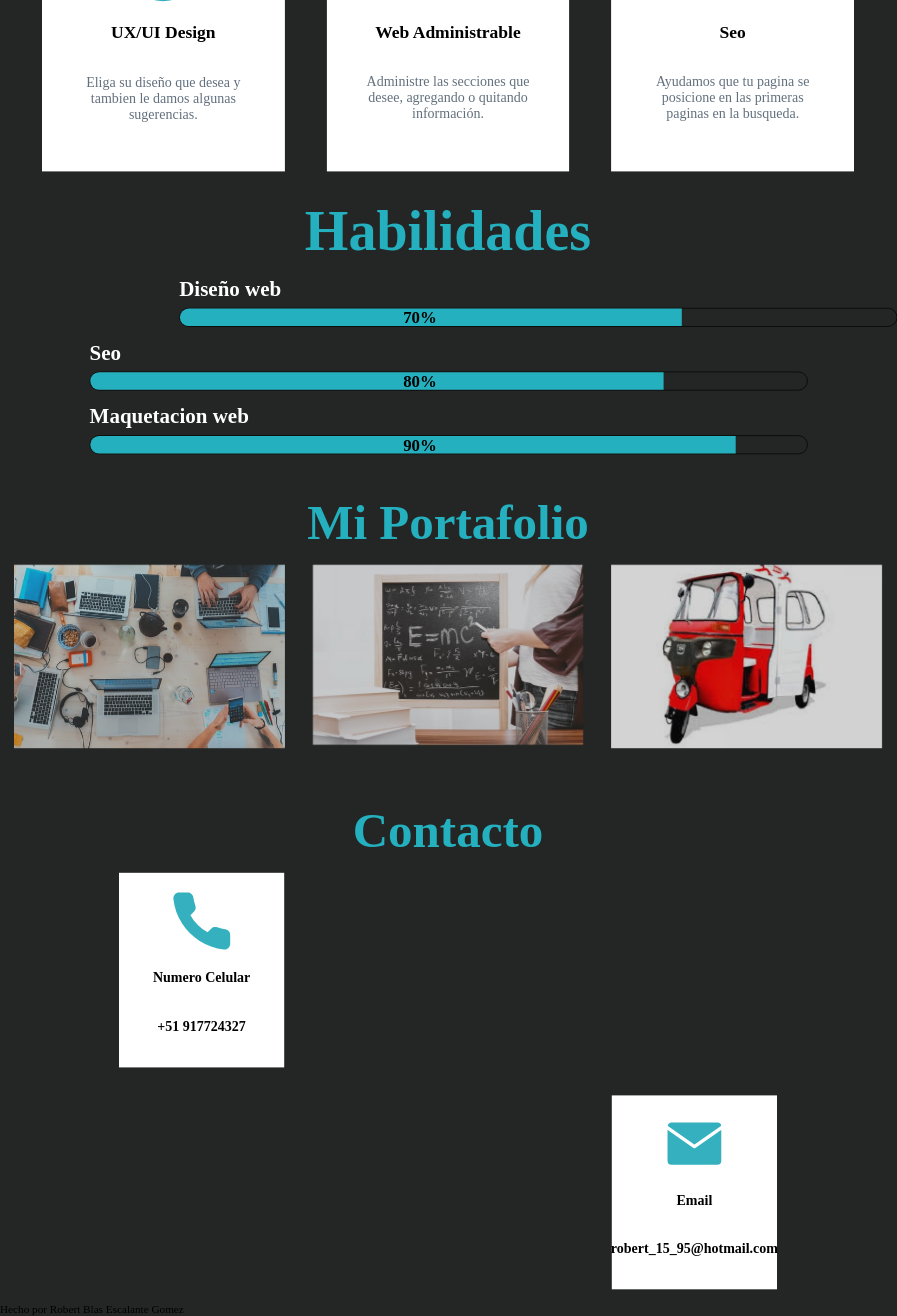
Repository: RobertAries28/PortafolioRobertEscalanteGomez2022
Page: index.html
These files come from the project's save history. The page is drawn as it stood at one moment and after the next save; the edit follows.
The browser window is 1280 px wide. The page is 1282 px wide, so the pictures cover 1282 px, including what lies to the right of the window. The pictures show the part of the page from y = 1477 to 3357 px (the page is 3357 px tall before and 3318 px after), at 70% of full size.

Above is the page before, as saved 2022-02-15 20:24:07.

### index.html
<!DOCTYPE html>
<html lang="en">
<head>
    <meta charset="UTF-8">
    <meta http-equiv="X-UA-Compatible" content="IE=edge">
    <meta name="viewport" content="width=device-width, initial-scale=1.0">
    <link rel="preconnect" href="https://fonts.googleapis.com">
<link rel="preconnect" href="https://fonts.gstatic.com" crossorigin>
<link href="https://fonts.googleapis.com/css2?family=Montserrat:wght@100&display=swap" rel="stylesheet">
    <link rel="stylesheet" href="estilos.css">
    <title>Document</title>
</head>
<body>
    <header class="main-header">
        <div class="l-container">

        <div class="main-menu-toggle" id="main-menu-toggle"></div>
             <nav class="main-nav" id="main-nav">
                 <ul class="main-menu">
                       <li class="main-menu__item">
                           <a class="main-menu__link" href="#">
                              Home
                           </a>
                       </li>

                       <li class="main-menu__item">
                         <a class="main-menu__link" href="#servicios">
                           Servicios
                         </a>
                       </li>

                       <li class="main-menu__item">
                        <a class="main-menu__link" href="#acercaMi">
                          Acerca de Mí
                        </a>
                       </li>


                     <li class="main-menu__item">
                         <a class="main-menu__link" href="#habilidades">
                           Mis Habilidades
                         </a>
                     </li>

                     <li class="main-menu__item">
                        <a class="main-menu__link" href="#portafolio">
                         Mi Portafolio
                        </a>
                    </li>

                    <li class="main-menu__item">
                        <a class="main-menu__link" href="#">
                         Contacto
                        </a>
                    </li>


                 </ul>
             </nav>


        </div>
     </header>
     <main>
        <div class="main-nombre">
              <h2>Soy</h2><hr color="white"/>
              <h1>Robert</h1>
              <p class="parrafo">Desarrollador <br> Frontend</p>
        </div>

        <div class="main-imagen">
              <img src="imagenes/fotoPerfil.jpeg" alt="">
        </div>

        <div class="main-experiencia">
               <p><span>1 año</span><br>experiencia</p>
               <div>
                 <img src="imagenes/linkedin.svg" alt="">
                 <img src="imagenes/instagram.svg" alt="">
                 <img src="imagenes/twitter.svg" alt="">
               </div>
        </div>

        <div class="main-iconos">
          <div>
             <img src="imagenes/gmail.png" alt="">
             <img src="imagenes/amazon.png" alt="">
             <img src="imagenes/spotify.png" alt="">
            </div>
        </div>
    </main>

    <section id="acercaMi">
      <h2>Acerca de mí</h2>
      <p>Soy un Profesional Bachiller en la carrera de ingeniería de sistemas en la Universidad nacional Tecnológica de Lima Sur con capacidad para trabajar en equipo, con dinamismo y creatividad, responsable, puntual, proactivo, organizado, eficiente, valores firmes, capacidad para resolver problemas y facilidad de comunicación. Deseo obtener mas conocimientos y experiencias en empresas relacionados a mi carrera.

        Quiero obtener un puesto en la empresa, para contribuir con mi experiencia en prácticas y habilidad en el logro de las metas generales de la empresa y las responsabilidades a mi cargo, con la oportunidad de continuar desarrollándome.</p>
    </section>

    <aside id="servicios">
      <h2 class="servicios">Servicios</h2>
      <div class="diseño">
        <img src="imagenes/pincel.svg" alt="">
        <h3>UX/UI Design</h3>
        <p>Eliga su diseño que desea y tambien le damos algunas sugerencias.</p>
      </div>

      <div class="marketing">
        <img src="imagenes/marketing.svg" alt="">
        <h3>Web Administrable</h3>
        <p>Administre las secciones que desee, agregando o quitando información.</p>
      </div>

      <div class="seo">
        <img src="imagenes/lupa.svg" alt="">
        <h3>Seo</h3>
        <p>Ayudamos que tu pagina se posicione en las primeras paginas en la busqueda.</p>
      </div>
    </aside>



    <article class="habilidades" id="habilidades">
      <h3>Habilidades</h3>
      <div class="caja">
          <h4>Diseño web</h4>
          <div class="contenedor">

              <h2 class="numb">70%</h2>
              <div class="relleno">
              </div>


         </div>
      </div>

      <div class="caja">
          <h4>Seo</h4>
          <div class="contenedor">

              <h2 class="numb2">80%</h2>
              <div class="relleno relleno2">
              </div>


         </div>
      </div>

      <div class="caja">
          <h4>Maquetacion web</h4>
          <div class="contenedor">

              <h2 class="numb3">90%</h2>
              <div class="relleno relleno3">
              </div>


         </div>
      </div>

    </article>

    <article id="portafolio">
      <h2>Mi Portafolio</h2>

      <div class="portafolio">
        <div>
           <a href="https://robertaries28.github.io/Desarrollar-Paginas-Web/"><img src="imagenes/pagina-web1.jpg" alt=""></a>

        </div>

        <div>
            <a href="https://robertaries28.github.io/MatematicasMaster/"><img src="imagenes/matematicas.jpg" alt=""></a>

          </div>

        <div>
            <a href="https://robertaries28.github.io/ServicioTransporteMototaxisV.E.S/"><img src="imagenes/mototaxis.jpg" alt=""></a>

          </div>

      </div>
    </article>

    <footer id="contacto">
      <h2>Contacto</h2>

      <div class="contacto">
        <div>
            <img src="imagenes/phone.svg" alt="">
            <h3>Numero Celular</h3>
            <h4>+51 917724327</h4>
        </div>

        <div>
           <img src="imagenes/email.svg" alt="">
           <h3>Email</h3>
           <h4>robert_15_95@hotmail.com</h4>
        </div>
      </div>

      <div class="autor">
        Hecho por Robert Blas Escalante Gomez
      </div>
    </footer>




    <script src="javascript.js"></script>
</body>
</html>

### estilos.css
body{
    margin: 0;
    background: #242625;
}

.main-header{
    height: 4rem;
    background: #242635;
    position:sticky;

	top:0;

}
.l-container{
    max-width: 100%;
    padding-left: 1rem;
    padding-right: 1rem;
    display: flex;
    justify-content: space-between;
    align-items: center;

    height: 100%;
    color: white;

}
.main-menu{
    margin-top: 0;
    margin-bottom: 0;
    padding-left: 0;
    list-style: none;
    display: flex;
}

.main-menu li{
    padding: 0 20px;
}

a{
  text-decoration: none;
  color: white;
  font-family: 'Montserrat', sans-serif;
  font-size: 18px;
  font-weight: bold;
}


/*main*/

main{
    display: grid;
    grid-template-columns: 33.3% 33.3% 33.3%;
    grid-template-rows: repeat(3,auto);
    justify-items: center;
    padding-top: 30px;

}

.main-nombre{
    margin-left: 150px ;

}

.main-nombre h1{
    font-size: 150px;

    color: #24B0BE;
    margin: 0;
}

.main-nombre h2{
    font-size: 100px;
    margin: 0;

    color: white;
}

.main-nombre .parrafo{
    color: white;
    font-size: 40px;
    margin: 0;

}
.main-nombre hr{
    margin-bottom: 0;

}

.main-imagen{

    z-index: -100000;


}

.main-imagen img{

    width: 100%;
    height: 100%;
    border-radius: 50%;
    min-width: 20%;



}

.main-experiencia{
    margin-right: 50px;
}

.main-experiencia p{
    color: white;
    font-size: 45px;

}

.main-experiencia span{
    color: #24B0BE;
    padding-right: 5px;
}

.main-experiencia img{
    background: #D1CECA;
    width: 50px;

    border-radius: 50%;
    padding: 10px;
    margin: 0 15px;
}

.main-experiencia div{
    display: flex;
    justify-content: center;
}

.main-iconos{
   grid-column: 1 / span 3;
 justify-self: center;
   background: #212F3C;
  width:85%;
  position: relative;
 top: -10px;
 border-radius: 20px;
 z-index: -500;
}

.main-iconos div{
    display: flex;
  justify-content: center;
}

.main-iconos img{
    width: 10%;

  background: #D1CECA;
  padding: 0 15px;
  margin: 20px 10px;
  border-radius: 10px;
}

/*section*/
section{
 margin: 0 50px;
 padding: 0 100px;
}
section h2{
    text-align: center;
    font-size: 80px;
    margin-top: 40px ;
    margin-bottom: 20px;
    color: #24B0BE;
}

section p{
    text-align: center;
    color: white;
    font-size: 25px;
    line-height: 35px;
}

/* aside serivicios*/

aside{
    margin: 0 60px;
    display: grid;
    grid-gap: 60px;
    grid-template-columns: 1fr 1fr 1fr;
    grid-template-rows: auto auto;

    grid-template-areas: "servicios servicios servicios"
                         "diseño marketing seo";



}

aside p{
    color: #62707E;
    text-align: center;
    font-size: 20px;
}

aside h3{
    color: black;
    font-size: 25px;
}

aside .servicios{
    grid-area: servicios;
    text-align: center;
    font-size: 80px;
    color: #24B0BE;
    margin-bottom: 0;

}


aside .diseño{
    grid-area: diseño;
    background: white;
}

aside .marketing{
    grid-area: marketing;
    background: white;
}

aside .seo{
    grid-area: seo;
    background: white;
}

aside div{
    display: flex;
    flex-direction: column;
   align-items: center;
   padding: 50px;
}

/*article habilidades*/

.habilidades {
    width: 100%;

    margin: auto;
    display: flex;
    flex-direction: column;
    align-items: center;


}

.habilidades h3{
    font-size: 80px;
    color: #24B0BE;
    margin-top: 40px;
    margin-bottom: 0;
}

.habilidades h4{
    font-size: 30px;
    color: white;
    margin-top: 20px;
    margin-bottom: 10px;
}

.caja{
    width: 80%;
}

.contenedor {
    width: 100%;
    height: 25px;
    border: 1px solid black;
    align-self: center;
    border-top-left-radius: 50px;
    border-top-right-radius: 50px;
    border-bottom-left-radius: 50px;
    border-bottom-right-radius: 50px;
    margin-right: 0;
}

.relleno {
    width: 0px;
    height: 100%;
    background: #24B0BE;
    border-top-left-radius: 50px;
    border-bottom-left-radius: 50px;
    animation-name: coloreado;
    animation-delay: 0s;
    animation-duration: 3s;
    animation-timing-function: cubic-bezier(.17, .67, .83, .67);
    animation-fill-mode: forwards;
}

.relleno2{
    animation-name: coloreado2;
    animation-delay: 0s;
    animation-duration: 3s;
    animation-timing-function: cubic-bezier(.17, .67, .83, .67);
    animation-fill-mode: forwards;
}

.relleno3{
    animation-name: coloreado3;
    animation-delay: 0s;
    animation-duration: 3s;
    animation-timing-function: cubic-bezier(.17, .67, .83, .67);
    animation-fill-mode: forwards;
}

.contenedor h2 {
    position: absolute;
    left: 45%;
    margin: 0 auto;
}

.contenedor h3 {
    text-align: center;
    margin: 10px auto;
}

@keyframes coloreado {
    10% {
        width: 0%;
    }
    100% {
        width: 70%;
    }
}

@keyframes coloreado2 {
    10% {
        width: 0%;
    }
    100% {
        width: 80%;
    }
}

@keyframes coloreado3 {
    10% {
        width: 0%;
    }
    100% {
        width: 90%;
    }
}


/*article portafolio*/
 .portafolio{
     display: flex;


 }

 #portafolio h2{
  font-size: 70px;
  text-align: center;
  color: #24B0BE;
  margin-bottom: 0;
 }



 .portafolio div{
     width: 100%;
     margin: 20px;
 }

 .portafolio img{
     width: 100%;
     height: 100%;
     filter: opacity(0.8);
 }


 /*contacto*/

 #contacto h2{
     font-size: 70px;
     text-align: center;
     color: #24B0BE;
     margin-bottom: 0;

 }

 .contacto{
     margin: 0 150px;
     display: flex;
     flex-direction: column;
 }

 .contacto div{
     width: 20%;
     padding: 20px;
     margin: 20px;
     background:white ;
     display: flex;
    flex-direction: column;
    align-items: center;

 }

 .contacto h3{
font-size: 20px;
 }

 .contacto h4{
   font-size: 20px;
 }

 div:nth-child(2){
     align-self: flex-end;
 }

 .contacto img{
  width: 50%;
 }

@media screen and ( max-width: 768px){



.main-menu__item{
    padding: .5rem 0 .5rem 1rem
}

.main-menu__link{
    color: white;
    margin-left: 1rem;
}



.main-nav{
    position: fixed;
    height: calc(100vh - 4rem);
    width: 200px;
    background: black;
    top: 4rem;
    right: -200px;




}

.main-menu{
    flex-direction: column;
}

.main-menu li{
    padding: 10px 0;
}



.show{
right: 0px;
transition-duration: 1s;
transition-timing-function:ease-in-out

}

 :not(.show){
     transition-duration: 1s;
  transition-timing-function: ease-in
 }


.main-menu-toggle{
    width: 2.4rem;
    margin-left: calc(100% - 38.4px);
    height: 1.6rem;
    background: linear-gradient(white 20%, transparent 20%, transparent 40%, white 40%, white 60%, transparent 60%, transparent 80%, white 80%);
    cursor: pointer;

}

/* main*/

.main-nombre{
    margin-left: 0px;
}

.main-nombre h1{
    font-size: 30px;

    color: #24B0BE;
    margin: 0;
}

.main-nombre h2{
    font-size: 20px;
    margin: 0;

    color: white;
}

.main-nombre .parrafo{
    color: white;
    font-size: 15px;
    margin: 0;

}


.main-experiencia{
    margin-right: 10px;
}

.main-experiencia p{
    color: white;
    font-size: 15px;
    margin-top: 0;
    margin-bottom: 10px;

}



.main-experiencia img{
    background: #D1CECA;


    border-radius: 50%;
    padding: 10px;
    width: 10%;
    margin: 0 5px;
}

.main-iconos{
    border-radius: 20px;
    padding-top: 0px;
    padding-bottom: 0px;

}

.main-iconos img{
    margin-top:10px ;
    margin-bottom:10px ;
}

section h2{
 font-size: 30px;
}

section{
    padding: 0;
    margin: 0 15px;

}
section p{
    font-size: 15px;
    padding: 0;
    line-height: 25px;
}

/* aside servicios */
aside h3{
    text-align: center;
    margin-bottom: 0;
}
aside{

    grid-template-columns: 1fr 1fr 1fr;
    grid-template-rows: auto auto auto auto;
    grid-template-areas: "servicios servicios servicios"
    "diseño diseño diseño"
     "marketing marketing marketing" "seo seo seo";
}

aside .servicios{
    font-size: 30px;
}

/*article*/
    .habilidades h3{
      font-size: 30px;
    }

    .habilidades h4{
        font-size: 20px;
    }

    .habilidades h2{
        font-size: 20px;
    }

    /*article portafolio*/

    #portafolio h2{
        font-size: 30px;
    }
    .portafolio{
        flex-wrap: wrap;
    }
}

### javascript.js
 const showMenu = (toggleId, navId) =>{
               const toggle = document.getElementById(toggleId),
               nav = document.getElementById(navId)

               if(toggle && nav){
                   toggle.addEventListener('mouseover' , ()=>{
                       nav.classList.toggle('show')
                   })



               }

               if(toggle && nav){
                   toggle.addEventListener('mouseout' , ()=>{
                       nav.classList.toggle('show')
                   })



               }



           }
           showMenu('main-menu-toggle','main-nav')

           const numb = document.querySelector(".numb");
           let counter = 0;
           setInterval(() => {
               if (counter == 70) {
                   clearInterval();
               } else {
                   counter += 1;
                   numb.textContent = counter + "%";
               }
           }, 35);

After the next save:
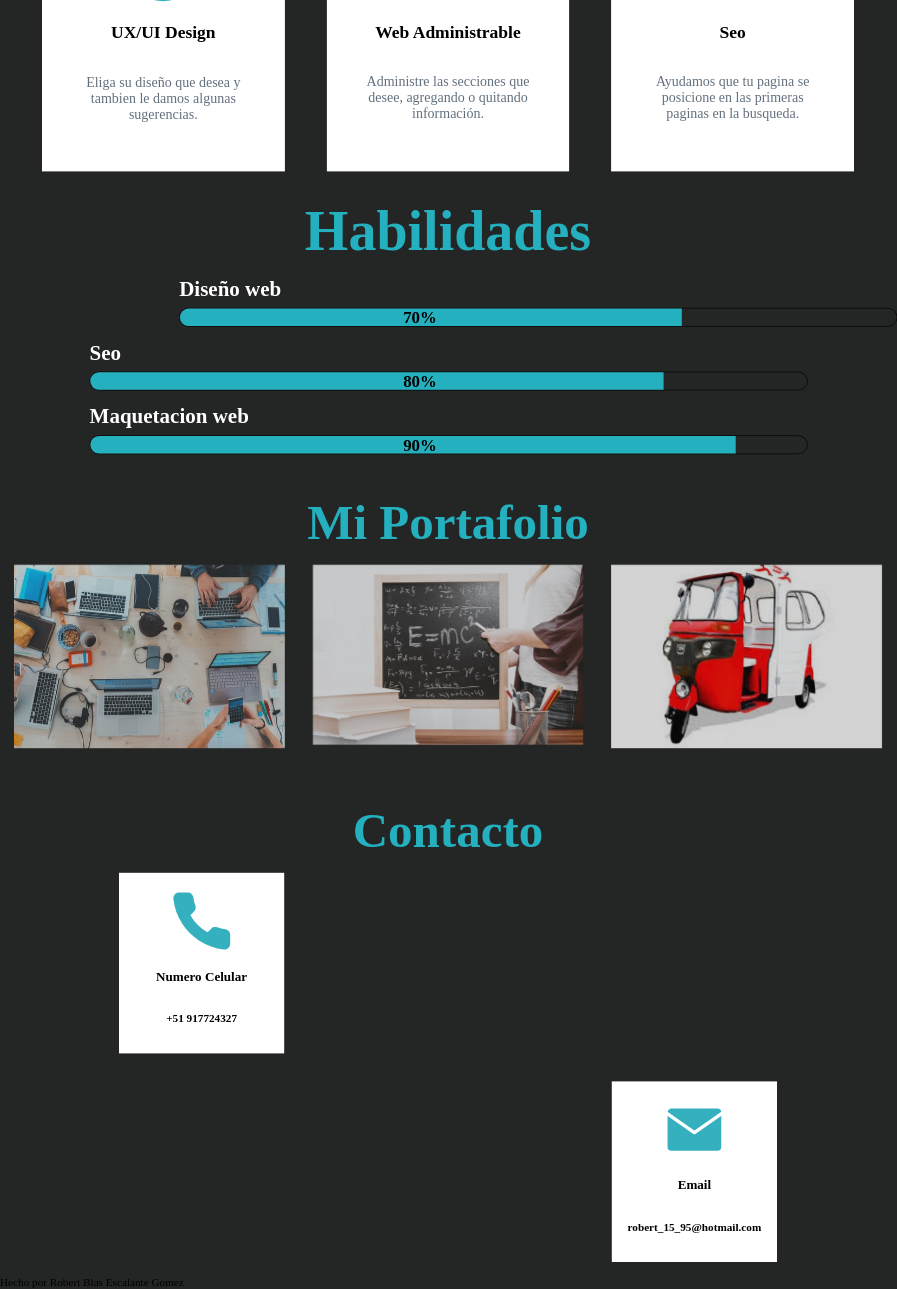
Saved 81 s later.
--- a/estilos.css
+++ b/estilos.css
@@ -402,13 +402,7 @@
 
  }
 
- .contacto h3{
-font-size: 20px;
- }
-
- .contacto h4{
-   font-size: 20px;
- }
+
 
  div:nth-child(2){
      align-self: flex-end;
